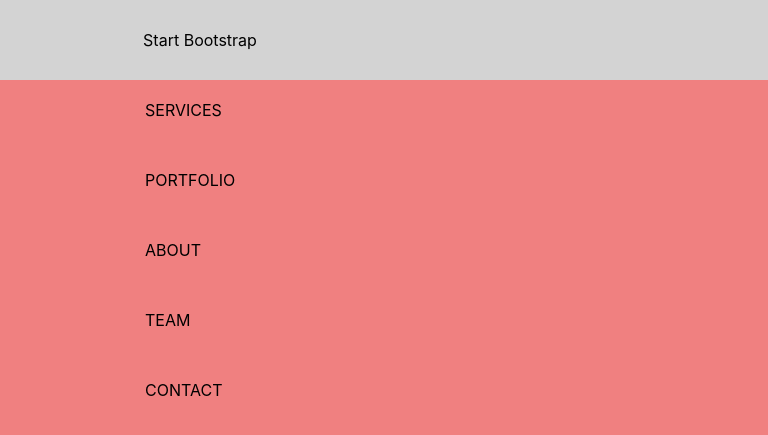
Repository: ooter37/media-queries-afternoon
Page: / (app in portfolio-clone/)
The author's editor kept a copy of each file at every save. The page is drawn from the files as they stood at one save, then again after the next save.
The browser window is 768 px wide. The pictures show the whole page.
The project was rebuilt for these pictures with package versions that can differ from the ones it lists, and the page was loaded fresh each time.

Above is the page before, as saved 2020-04-13 14:02:55.

### portfolio-clone/src/App.js
import React from 'react';
import './App.css';
import Banner from './Components/Banner'

function App() {
  return (
    <div className="App">
      <Banner />
    </div>
  );
}

export default App;

### portfolio-clone/src/App.css
body {
  width: 100vw;
  background-color: lightcoral;
}

.header {
  width: 100%;
  height: 80px;
  background-color: lightgrey;
  display: flex;
}

.navbar {
  height: 100%;
  width: 100%;
  display: flex;
  align-items: center;
}

.buttons {
  width: 400px;
	display: flex;
	flex-direction: row;
	justify-content: space-between;
  align-items: center;
  position: fixed;
  top: 30px;
  right: 20px;
}
.buttons-background {
  width: 100vw;
}

.start-bootstrap {
  width: 400px;
  display: flex;
  justify-content: center;
  position: fixed;
  top: 30px;
  left: 0px;
}

@media screen and (max-width: 991px) {

  .buttons {
    flex-direction: column;
    align-items: baseline;
    min-width: 300px;
    height: 300px;
    left: 145px;
    top: 100px;
  }

}

### portfolio-clone/src/Components/Banner.js
import React from 'react'



export default class Banner extends React.Component {
    constructor() {
        super()

    }
    render() {
        return (
            <header className='header'>
                <nav className='navbar'>
                    <div className='start-bootstrap'>Start Bootstrap</div>
                    <div className='buttons-background'>
                    <div className='buttons'>

                            <div>SERVICES</div>

                            <div>PORTFOLIO</div>

                            <div>ABOUT</div>

                            <div>TEAM</div>

                            <div>CONTACT</div>

                    </div>
                    </div>
                </nav>
            </header>
        )
    }
}

Loaded but not shown: portfolio-clone/public/index.html (common file); portfolio-clone/src/index.js (common file); portfolio-clone/src/index.css (common file); portfolio-clone/src/serviceWorker.js (common file)

After the next save:
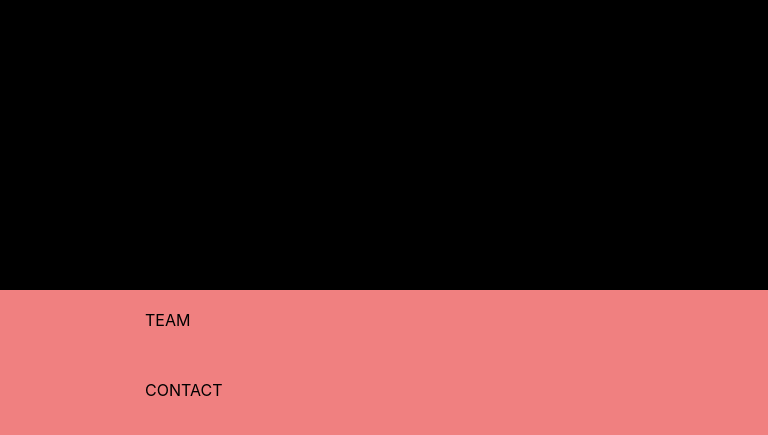
Saved 35 s later.
--- a/portfolio-clone/src/App.css
+++ b/portfolio-clone/src/App.css
@@ -29,6 +29,7 @@ body {
 }
 .buttons-background {
   width: 100vw;
+  height: 500px;
 }
 
 .start-bootstrap {
@@ -41,7 +42,9 @@ body {
 }
 
 @media screen and (max-width: 991px) {
-
+  .buttons-background {
+    background-color: black;
+  }
   .buttons {
     flex-direction: column;
     align-items: baseline;
